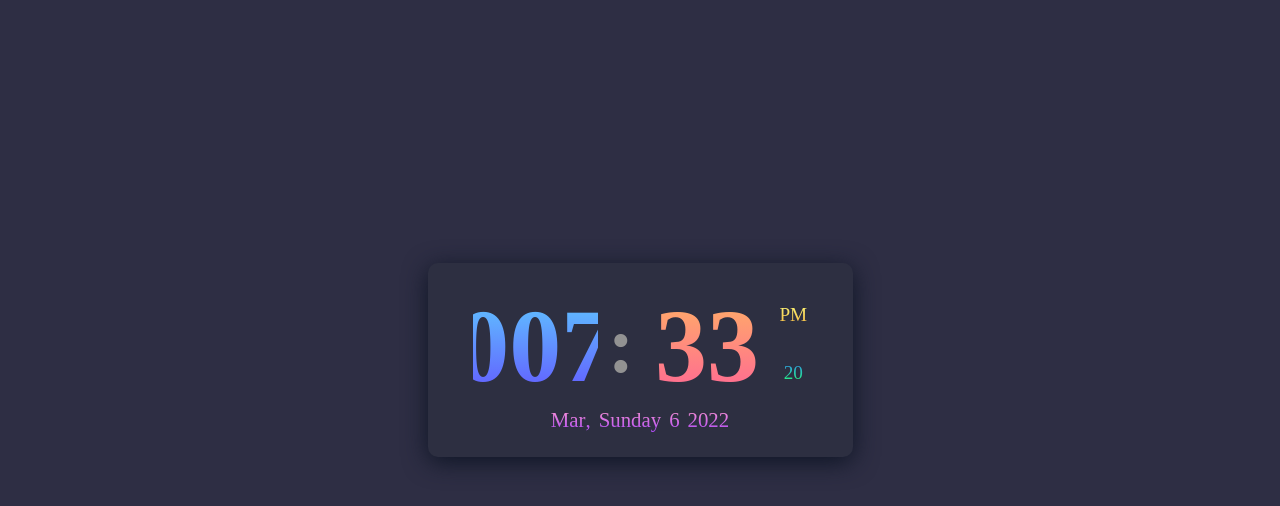
Repository: QUANGTHAI2003/digital-clock
Page: index.html
An editor plug-in stored every save of this project. The page is shown before and after the next save, followed by the edit.
The browser window is 1280 px wide. The pictures show the whole page.

Above is the page before, as saved 2022-03-26 20:30:24.

After the next save:
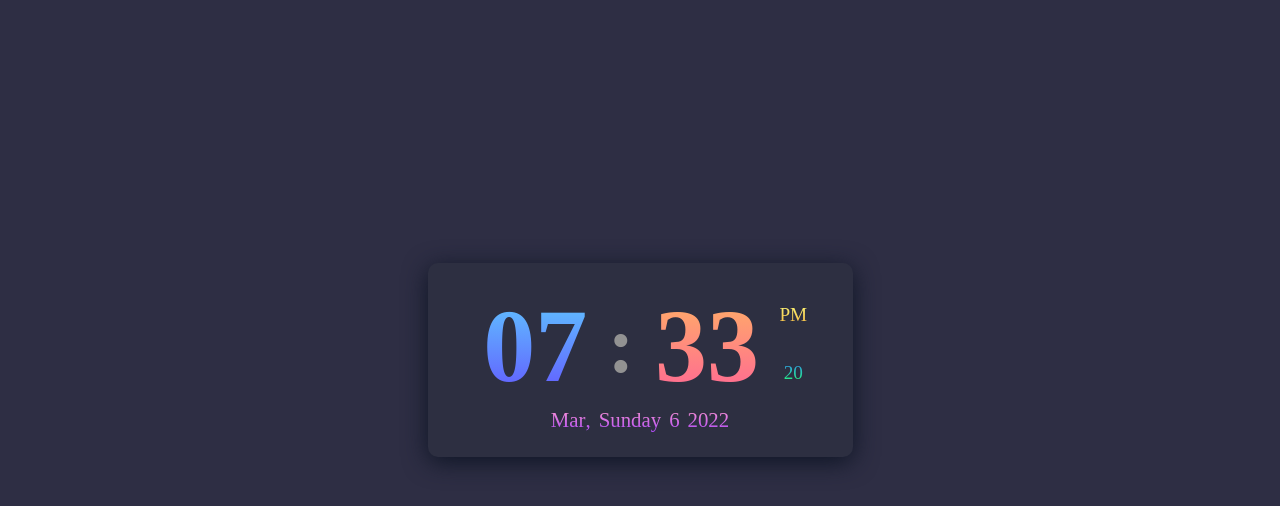
Saved 13 s later.
--- a/app.js
+++ b/app.js
@@ -19,8 +19,8 @@ function clock() {
     if (minutes < 10) {
         minutes = "0" + minutes;
     }
-    if (hours < 10) {
-        hours = "0" + hours;
+    if (seconds < 10) {
+        seconds = "0" + seconds;
     }
 
     document.querySelector(".hours").innerHTML = hours;
